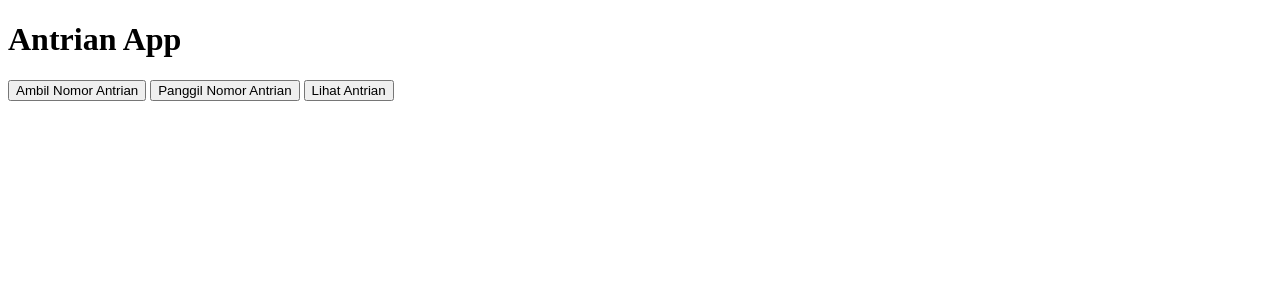
Repository: IwanWinata/AntriApps
Page: http://localhost/AntriApps/index.jsp
An editor plug-in stored every save of this project. The page is shown before and after the next save, followed by the edit.
The browser window is 1280 px wide. The pictures show the whole page.
The page is served by Tomcat 10.

Above is the page before, as saved 2024-01-13 11:55:13.

After the next save:
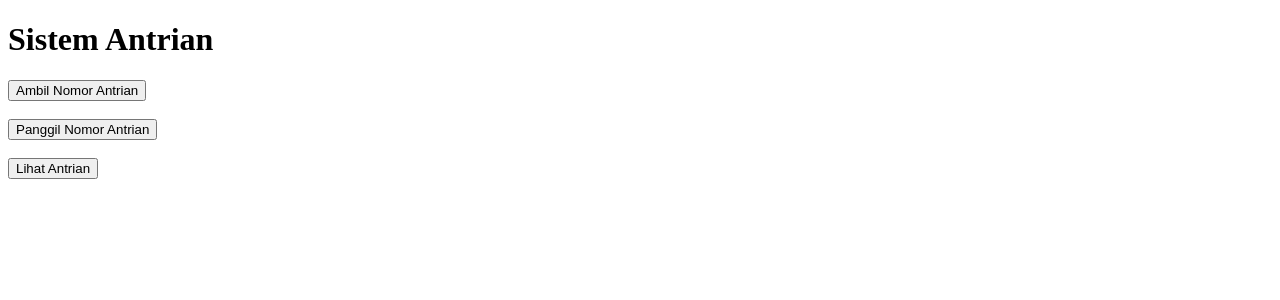
Saved 4 min 50 s later.
--- a/AntriApps/src/main/webapp/index.jsp
+++ b/AntriApps/src/main/webapp/index.jsp
@@ -1,18 +1,28 @@
-<%@ page language="java" contentType="text/html; charset=UTF-8" pageEncoding="UTF-8"%>
 <!DOCTYPE html>
 <html>
 <head>
-    <meta charset="UTF-8">
-    <title>Antrian App</title>
+    <title>Form Antrian</title>
 </head>
 <body>
-
-    <h1>Antrian App</h1>
+    <h1>Sistem Antrian</h1>
 
     <form action="/AntriApps/AntrianServlet" method="post">
-        <button type="submit" name="action" value="ambil">Ambil Nomor Antrian</button>
-        <button type="submit" name="action" value="panggil">Panggil Nomor Antrian</button>
-        <button type="submit" name="action" value="lihat">Lihat Antrian</button>
+        <input type="hidden" name="action" value="ambil">
+        <button type="submit">Ambil Nomor Antrian</button>
+    </form>
+
+    <br>
+
+    <form action="/your-web-app-name/AntrianServlet" method="post">
+        <input type="hidden" name="action" value="panggil">
+        <button type="submit">Panggil Nomor Antrian</button>
+    </form>
+
+    <br>
+
+    <form action="/your-web-app-name/AntrianServlet" method="post">
+        <input type="hidden" name="action" value="lihat">
+        <button type="submit">Lihat Antrian</button>
     </form>
 
 </body>
